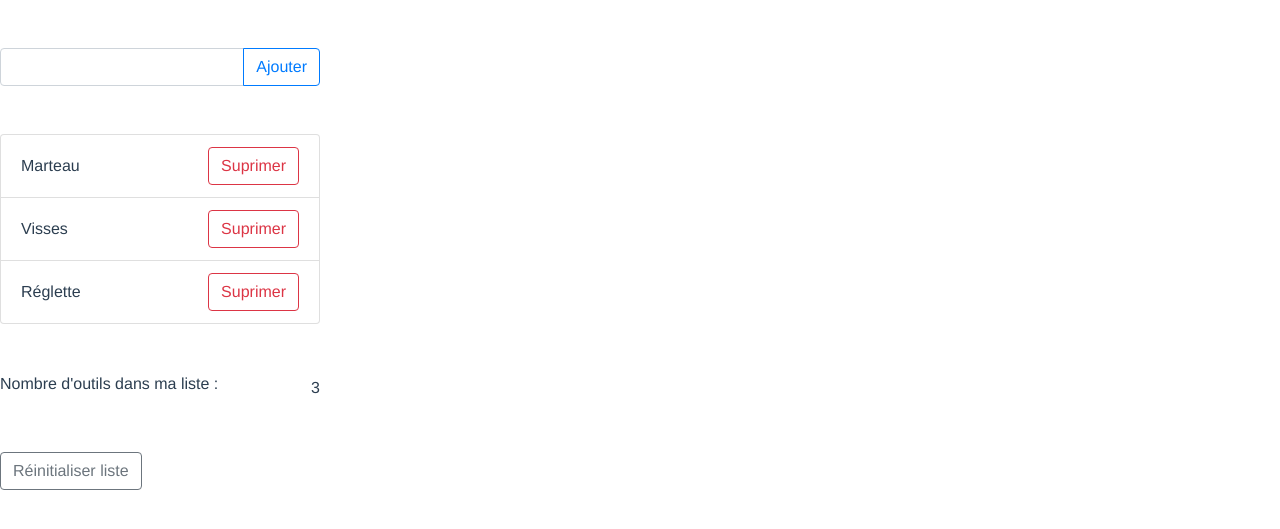
Repository: corentin-e-student/test-vue
Page: /
An editor plug-in stored every save of this project. The page is shown before and after a run of saves, followed by the edit.
The browser window is 1280 px wide. The pictures show the whole page.
The project was rebuilt for these pictures with package versions that can differ from the ones it lists, and the page was loaded fresh each time. Also part of the build but not shown: vue.config.js.

Above is the page before, as saved 2023-03-01 16:19:47.

After the next 2 saves:
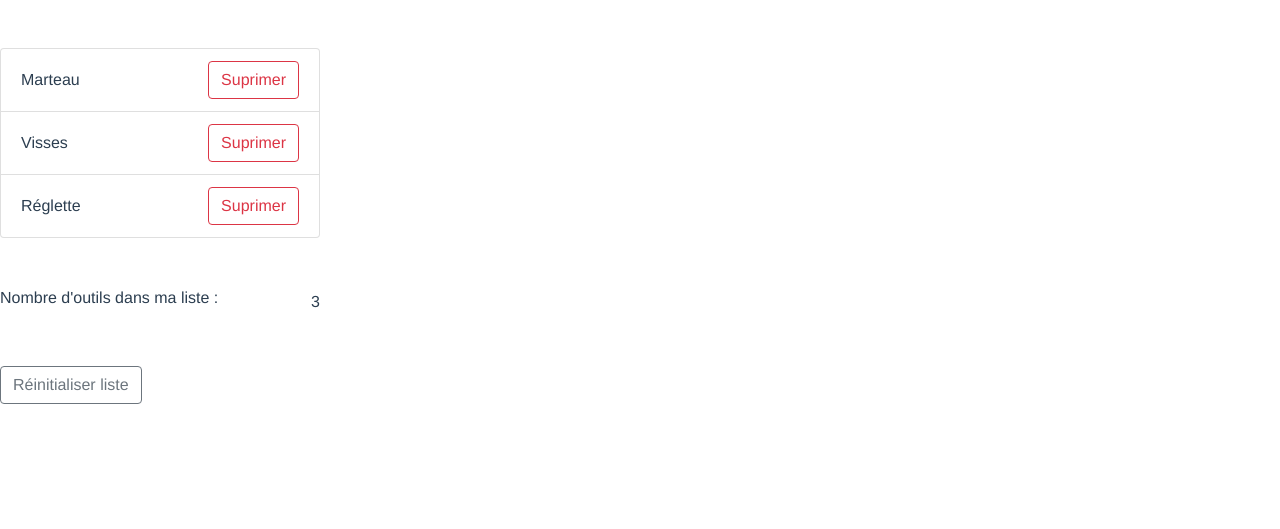
The 2 saves are shown as one change because they came seconds apart.
The last was saved 23 s later.
--- a/src/components/TodoList.vue
+++ b/src/components/TodoList.vue
@@ -1,15 +1,7 @@
 <template>
     <div id="app-1">
 
-        <b-input-group class="w-25 mt-5">
-            <b-form-input type="texte" v-model="toolname"></b-form-input>
-            <b-input-group-append>
-                <b-button variant="outline-primary"
-                @click="addTool(toolname)">
-                    Ajouter
-                </b-button>
-            </b-input-group-append>
-        </b-input-group>
+
 
         <b-list-group class="w-25 mt-5">
             <b-list-group-item class="d-flex justify-content-between align-items-center"
